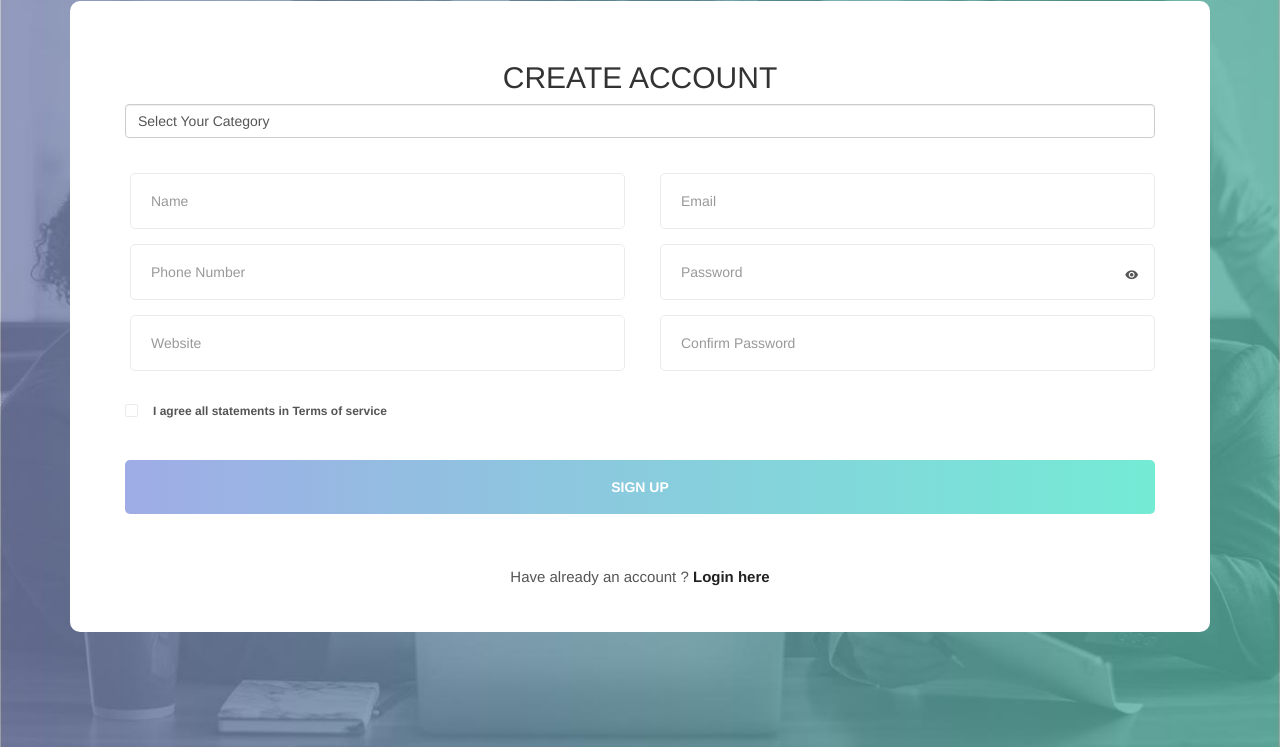
Repository: zainbt/Career_Bridge
Page: static/register/register.html
The author's editor kept a copy of each file at every save. The page is drawn from the files as they stood at one save, then again after the next save.
The browser window is 1280 px wide. The pictures show the whole page.

Above is the page before, as saved 2019-11-18 18:39:28.

### static/register/register.html
<!DOCTYPE html>
<html lang="en">

<head>
    <meta charset="UTF-8">
    <meta name="viewport" content="width=device-width, initial-scale=1.0">
    <meta http-equiv="X-UA-Compatible" content="ie=edge">
    <title>Sign Up Form by Colorlib</title>

    <!-- Font Icon -->
    <link rel="stylesheet" href="fonts/material-icon/css/material-design-iconic-font.min.css">

    <!-- Main css -->
    <link rel="stylesheet" href="css/style.css">
    <link rel="stylesheet" href="https://maxcdn.bootstrapcdn.com/bootstrap/3.4.0/css/bootstrap.min.css">

</head>

<body>

    <div class="main">

        <section class="signup">
            <!-- <img src="images/signup-bg.jpg" alt=""> -->
            <div class="container">
                <div class="signup-content">
                    <form method="POST" id="signup-form" class="signup-form">
                        <h2 class="form-title">Create account</h2>
                        <div class="form-group">
                            <select class="form-control">
                                <option>Select Your Category</option>
                                <option>Company</option>
                                <option>University</option>
                            </select>
                        </div>
                        <div class="row">
                            <div class="col-md-6 textFields">
                                <div class="form-group">
                                    <input type="text" class="form-input" name="name" id="name" placeholder="Name" />
                                </div>
                                <div class="form-group">
                                    <input type="number" class="form-input" name="number" id="name" placeholder="Phone Number" />
                                </div>
                                <div class="form-group">
                                    <input type="url" class="form-input" name="website" id="name" placeholder="Website" />
                                </div>
                            </div>

                            <div class="col-md-6 textFields">
                                <div class="form-group">
                                    <input type="email" class="form-input" name="email" id="email" placeholder="Email" />
                                </div>
                                <div class="form-group">
                                    <input type="password" class="form-input" name="password" id="password" placeholder="Password" />
                                    <span toggle="#password" class="zmdi zmdi-eye field-icon toggle-password"></span>
                                </div>
                                <div class="form-group">
                                    <input type="password" class="form-input" name="re_password" id="re_password" placeholder="Confirm Password" />
                                </div>
                            </div>
                        </div>
                        <div class="form-group">
                            <input type="checkbox" name="agree-term" id="agree-term" class="agree-term" />
                            <label for="agree-term" class="label-agree-term"><span><span></span></span>I agree all statements in  <a href="#" class="term-service">Terms of service</a></label>
                        </div>
                        <div class="form-group">
                            <input type="submit" name="submit" id="submit" class="form-submit" value="Sign up" />
                        </div>
                    </form>
                    <p class="loginhere">
                        Have already an account ? <a href="signUp.html" class="loginhere-link">Login here</a>
                    </p>

                    <!--

                                                        <input type="text" class="form-input" name="name" id="name" placeholder="Name" />
                                <input type="number" class="form-input" name="number" id="name" placeholder="Phone Number" />
                                <input type="url" class="form-input" name="website" id="name" placeholder="Website" />

                    -->


                </div>
            </div>
        </section>

    </div>

    <!-- JS -->
    <script src="vendor/jquery/jquery.min.js"></script>
    <script src="js/main.js"></script>
</body>
<!-- This templates was made by Colorlib (https://colorlib.com) -->

</html>

### static/register/css/style.css
.row {
    display: flex;
}

.textFields {
    margin-top: 10px;
    margin-left: 5px;
}


/* @extend display-flex; */

display-flex,
.display-flex,
.display-flex-center {
    display: flex;
    display: -webkit-flex;
}


/* @extend list-type-ulli; */

list-type-ulli {
    list-style-type: none;
    margin: 0;
    padding: 0;
}


/* Montserrat-300 - latin */

@font-face {
    font-family: 'Montserrat';
    font-style: normal;
    font-weight: 300;
    src: url("../fonts/montserrat/Montserrat-Light.ttf");
    /* IE9 Compat Modes */
}

@font-face {
    font-family: 'Montserrat';
    font-style: normal;
    font-weight: 400;
    src: url("../fonts/montserrat/Montserrat-Regular.ttf");
    /* IE9 Compat Modes */
}

@font-face {
    font-family: 'Montserrat';
    font-style: italic;
    font-weight: 400;
    src: url("../fonts/montserrat/Montserrat-Italic.ttf");
    /* IE9 Compat Modes */
}

@font-face {
    font-family: 'Montserrat';
    font-style: normal;
    font-weight: 500;
    src: url("../fonts/montserrat/Montserrat-Medium.ttf");
    /* IE9 Compat Modes */
}

@font-face {
    font-family: 'Montserrat';
    font-style: normal;
    font-weight: 600;
    src: url("../fonts/montserrat/Montserrat-SemiBold.ttf");
    /* IE9 Compat Modes */
}

@font-face {
    font-family: 'Montserrat';
    font-style: normal;
    font-weight: 700;
    src: url("../fonts/montserrat/Montserrat-Bold.ttf");
    /* IE9 Compat Modes */
}

@font-face {
    font-family: 'Montserrat';
    font-style: italic;
    font-weight: 700;
    src: url("../fonts/montserrat/Montserrat-BoldItalic.ttf");
    /* IE9 Compat Modes */
}

@font-face {
    font-family: 'Montserrat';
    font-style: italic;
    font-weight: 900;
    src: url("../fonts/montserrat/montserrat-v12-latin-900.ttf"), url("../fonts/montserrat/montserrat-v12-latin-900.eot") format("embedded-opentype"), url("../fonts/montserrat/montserrat-v12-latin-900.svg") format("woff2"), url("../fonts/montserrat/montserrat-v12-latin-900.woff") format("woff"), url("../fonts/montserrat/montserrat-v12-latin-900.woff2") format("truetype");
}

a:focus,
a:active {
    text-decoration: none;
    outline: none;
    transition: all 300ms ease 0s;
    -moz-transition: all 300ms ease 0s;
    -webkit-transition: all 300ms ease 0s;
    -o-transition: all 300ms ease 0s;
    -ms-transition: all 300ms ease 0s;
}

input,
select,
textarea {
    outline: none;
    appearance: unset !important;
    -moz-appearance: unset !important;
    -webkit-appearance: unset !important;
    -o-appearance: unset !important;
    -ms-appearance: unset !important;
}

input::-webkit-outer-spin-button,
input::-webkit-inner-spin-button {
    appearance: none !important;
    -moz-appearance: none !important;
    -webkit-appearance: none !important;
    -o-appearance: none !important;
    -ms-appearance: none !important;
    margin: 0;
}

input:focus,
select:focus,
textarea:focus {
    outline: none;
    box-shadow: none !important;
    -moz-box-shadow: none !important;
    -webkit-box-shadow: none !important;
    -o-box-shadow: none !important;
    -ms-box-shadow: none !important;
}

input[type=checkbox] {
    appearance: checkbox !important;
    -moz-appearance: checkbox !important;
    -webkit-appearance: checkbox !important;
    -o-appearance: checkbox !important;
    -ms-appearance: checkbox !important;
}

input[type=radio] {
    appearance: radio !important;
    -moz-appearance: radio !important;
    -webkit-appearance: radio !important;
    -o-appearance: radio !important;
    -ms-appearance: radio !important;
}

img {
    max-width: 100%;
    height: auto;
}

figure {
    margin: 0;
}

p {
    margin-bottom: 0px;
    font-size: 15px;
    color: #777;
}

h2 {
    line-height: 1.66;
    margin: 0;
    padding: 0;
    font-weight: 900;
    color: #222;
    font-family: 'Montserrat';
    font-size: 24px;
    text-transform: uppercase;
    text-align: center;
    margin-bottom: 40px;
}

.clear {
    clear: both;
}

body {
    font-size: 14px;
    line-height: 1.8;
    color: #222;
    font-weight: 400;
    font-family: 'Montserrat';
    background-image: url("../images/signup-bg.jpg");
    background-repeat: no-repeat;
    background-size: cover;
    -moz-background-size: cover;
    -webkit-background-size: cover;
    -o-background-size: cover;
    -ms-background-size: cover;
    background-position: center center;
    padding: 115px 0;
}

.container {
    width: 660px;
    position: relative;
    margin: 0 auto;
}

.display-flex {
    justify-content: space-between;
    -moz-justify-content: space-between;
    -webkit-justify-content: space-between;
    -o-justify-content: space-between;
    -ms-justify-content: space-between;
    align-items: center;
    -moz-align-items: center;
    -webkit-align-items: center;
    -o-align-items: center;
    -ms-align-items: center;
}

.display-flex-center {
    justify-content: center;
    -moz-justify-content: center;
    -webkit-justify-content: center;
    -o-justify-content: center;
    -ms-justify-content: center;
    align-items: center;
    -moz-align-items: center;
    -webkit-align-items: center;
    -o-align-items: center;
    -ms-align-items: center;
}

.position-center {
    position: absolute;
    top: 50%;
    left: 50%;
    transform: translate(-50%, -50%);
    -moz-transform: translate(-50%, -50%);
    -webkit-transform: translate(-50%, -50%);
    -o-transform: translate(-50%, -50%);
    -ms-transform: translate(-50%, -50%);
}

.signup-content {
    position: relative;
    margin-top: -10%;
    background: #fff;
    border-radius: 10px;
    -moz-border-radius: 10px;
    -webkit-border-radius: 10px;
    -o-border-radius: 10px;
    -ms-border-radius: 10px;
    padding: 40px 55px;
}

.form-group {
    margin-top: 10px;
    overflow: hidden;
    margin-bottom: 20px;
}

.form-input {
    width: 100%;
    border: 1px solid #ebebeb;
    border-radius: 5px;
    -moz-border-radius: 5px;
    -webkit-border-radius: 5px;
    -o-border-radius: 5px;
    -ms-border-radius: 5px;
    padding: 17px 20px;
    box-sizing: border-box;
    font-size: 14px;
    font-weight: 500;
    color: #222;
}

.form-input::-webkit-input-placeholder {
    color: #999;
}

.form-input::-moz-placeholder {
    color: #999;
}

.form-input:-ms-input-placeholder {
    color: #999;
}

.form-input:-moz-placeholder {
    color: #999;
}

.form-input::-webkit-input-placeholder {
    font-weight: 500;
}

.form-input::-moz-placeholder {
    font-weight: 500;
}

.form-input:-ms-input-placeholder {
    font-weight: 500;
}

.form-input:-moz-placeholder {
    font-weight: 500;
}

.form-input:focus {
    border: 1px solid transparent;
    -webkit-border-image-source: -webkit-linear-gradient(to right, #9face6, #74ebd5);
    -moz-border-image-source: -moz-linear-gradient(to right, #9face6, #74ebd5);
    -o-border-image-source: -o-linear-gradient(to right, #9face6, #74ebd5);
    border-image-source: linear-gradient(to right, #9face6, #74ebd5);
    -webkit-border-image-slice: 1;
    border-image-slice: 1;
    border-radius: 5px;
    -moz-border-radius: 5px;
    -webkit-border-radius: 5px;
    -o-border-radius: 5px;
    -ms-border-radius: 5px;
    background-origin: border-box;
    background-clip: content-box, border-box;
}

.form-input:focus::-webkit-input-placeholder {
    color: #222;
}

.form-input:focus::-moz-placeholder {
    color: #222;
}

.form-input:focus:-ms-input-placeholder {
    color: #222;
}

.form-input:focus:-moz-placeholder {
    color: #222;
}

.form-submit {
    width: 100%;
    border-radius: 5px;
    -moz-border-radius: 5px;
    -webkit-border-radius: 5px;
    -o-border-radius: 5px;
    -ms-border-radius: 5px;
    padding: 17px 20px;
    box-sizing: border-box;
    font-size: 14px;
    font-weight: 700;
    color: #fff;
    text-transform: uppercase;
    border: none;
    background-image: -moz-linear-gradient(to left, #74ebd5, #9face6);
    background-image: -ms-linear-gradient(to left, #74ebd5, #9face6);
    background-image: -o-linear-gradient(to left, #74ebd5, #9face6);
    background-image: -webkit-linear-gradient(to left, #74ebd5, #9face6);
    background-image: linear-gradient(to left, #74ebd5, #9face6);
}

input[type=checkbox]:not(old) {
    width: 2em;
    margin: 0;
    padding: 0;
    font-size: 1em;
    display: none;
}

input[type=checkbox]:not(old)+label {
    display: inline-block;
    margin-top: 7px;
    margin-bottom: 25px;
}

input[type=checkbox]:not(old)+label>span {
    display: inline-block;
    width: 13px;
    height: 13px;
    margin-right: 15px;
    margin-bottom: 3px;
    border: 1px solid #ebebeb;
    border-radius: 2px;
    -moz-border-radius: 2px;
    -webkit-border-radius: 2px;
    -o-border-radius: 2px;
    -ms-border-radius: 2px;
    background: white;
    background-image: -moz-linear-gradient(white, white);
    background-image: -ms-linear-gradient(white, white);
    background-image: -o-linear-gradient(white, white);
    background-image: -webkit-linear-gradient(white, white);
    background-image: linear-gradient(white, white);
    vertical-align: bottom;
}

input[type=checkbox]:not(old):checked+label>span {
    background-image: -moz-linear-gradient(white, white);
    background-image: -ms-linear-gradient(white, white);
    background-image: -o-linear-gradient(white, white);
    background-image: -webkit-linear-gradient(white, white);
    background-image: linear-gradient(white, white);
}

input[type=checkbox]:not(old):checked+label>span:before {
    content: '\f26b';
    display: block;
    color: #222;
    font-size: 11px;
    line-height: 1.2;
    text-align: center;
    font-family: 'Material-Design-Iconic-Font';
    font-weight: bold;
}

.label-agree-term {
    font-size: 12px;
    font-weight: 600;
    color: #555;
}

.term-service {
    color: #555;
}

.loginhere {
    color: #555;
    font-weight: 500;
    text-align: center;
    margin-top: 5%;
    margin-bottom: 5px;
}

.loginhere-link {
    font-weight: 700;
    color: #222;
}

.field-icon {
    float: right;
    margin-right: 17px;
    margin-top: -32px;
    position: relative;
    z-index: 2;
    color: #555;
}

@media screen and (max-width: 768px) {
    .container {
        width: calc(100% - 40px);
        max-width: 100%;
    }
}

@media screen and (max-width: 480px) {
    .signup-content {
        padding: 50px 25px;
    }
}


/*# sourceMappingURL=style.css.map */

Loaded but not shown: static/register/fonts/material-icon/css/material-design-iconic-font.min.css (library); static/register/vendor/jquery/jquery.min.js (library); static/register/js/main.js (common file)

After the next save:
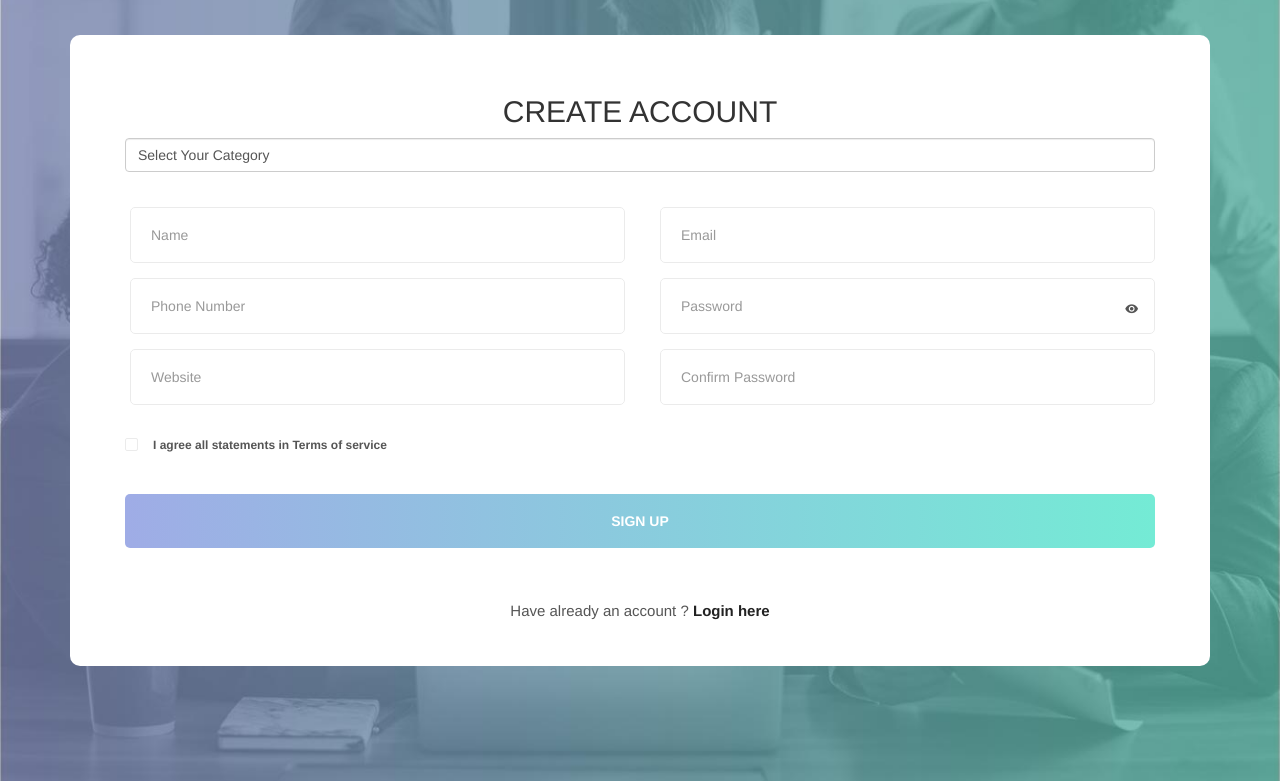
Saved 45 s later.
--- a/static/register/css/style.css
+++ b/static/register/css/style.css
@@ -245,7 +245,7 @@ body {
 
 .signup-content {
     position: relative;
-    margin-top: -10%;
+    margin-top: -7%;
     background: #fff;
     border-radius: 10px;
     -moz-border-radius: 10px;
